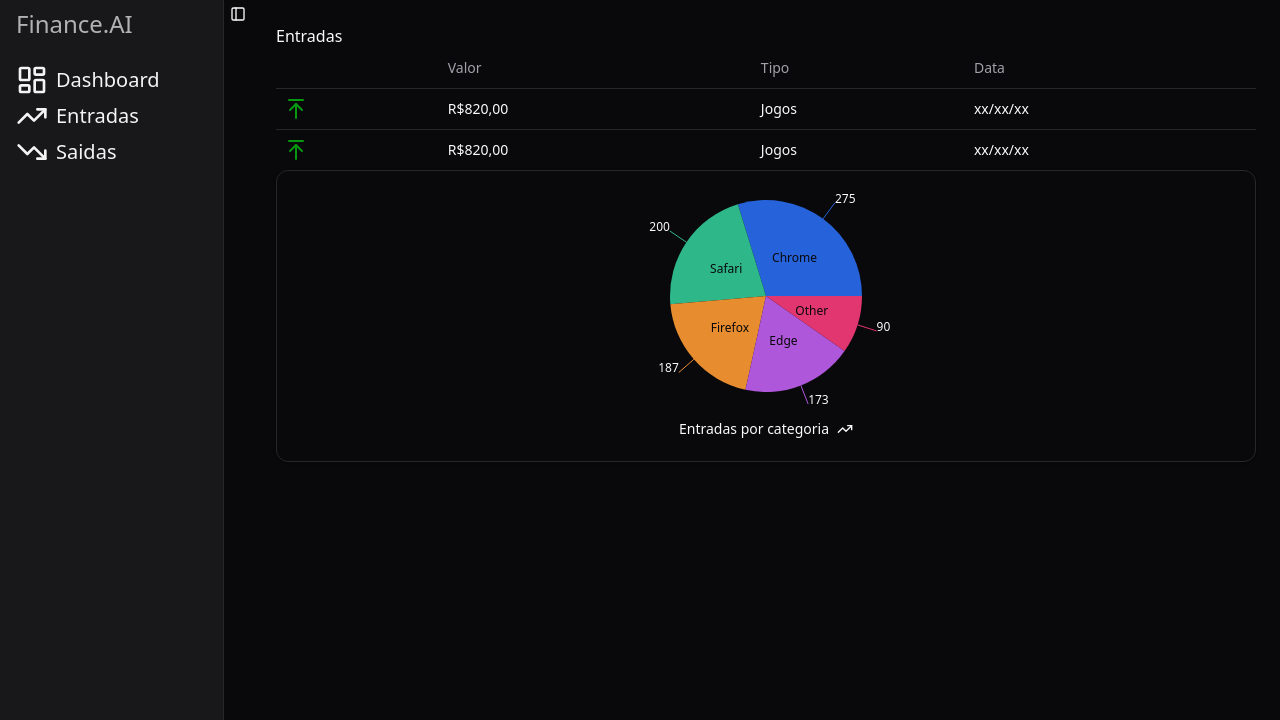
Repository: jvmotadev/web1front
Page: /in
These files come from the project's save history. The page is drawn as it stood at one moment and after the next save; the edit follows.
The browser window is 1280 px wide. The pictures show the whole page.
The project was rebuilt for these pictures with package versions that can differ from the ones it lists, and the page was loaded fresh each time. Also part of the build but not shown: vite.config.ts, src/components/ui/input.tsx, src/components/ui/separator.tsx, src/components/ui/sheet.tsx, src/components/ui/skeleton.tsx, src/components/ui/tooltip.tsx, src/components/ui/dialog.tsx, src/components/ui/label.tsx and 10 more.

Above is the page before, as saved 2024-11-16 14:58:10.

After the next save:
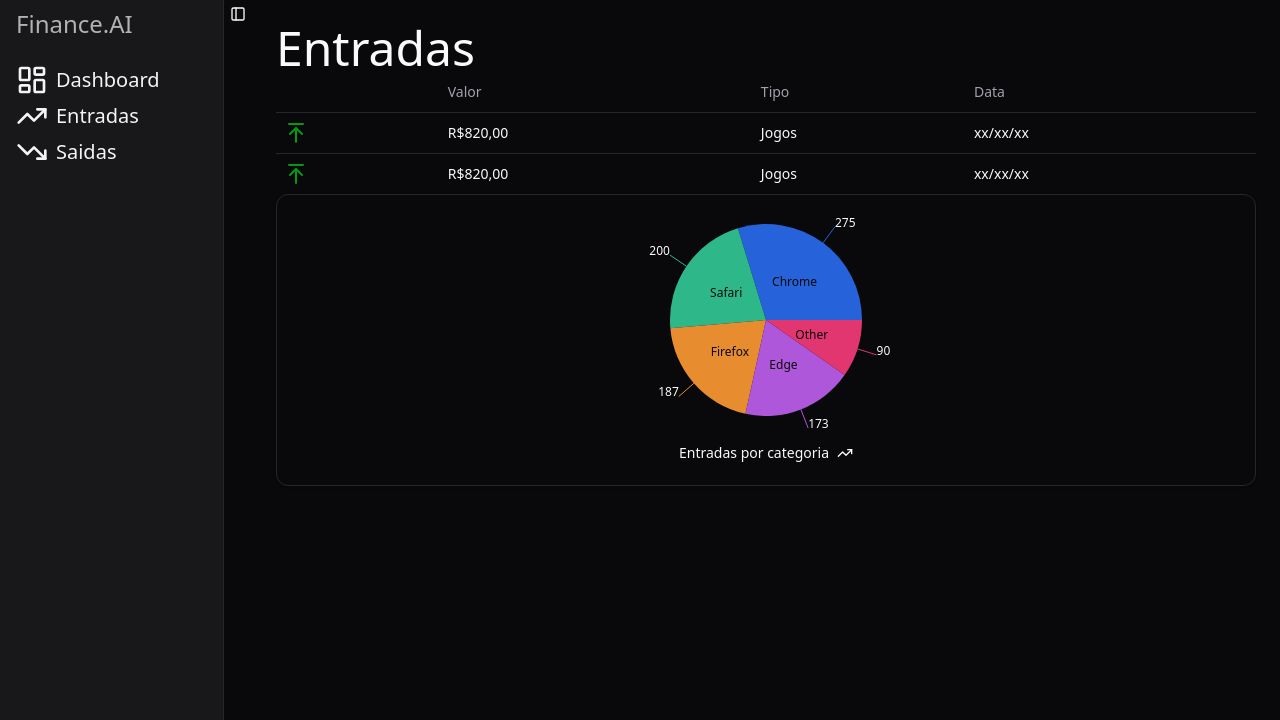
Saved 112 s later.
--- a/src/pages/entradas.tsx
+++ b/src/pages/entradas.tsx
@@ -8,7 +8,7 @@ const Entradas = () => {
       <Layout children={undefined} />
       <main className="flex-1 p-6 overflow-auto">
         <div className="flex justify-between gap-x-24">
-          <h1>Entradas</h1>
+          <h1 className="text-5xl">Entradas</h1>
         </div>
         <Tabela/>
         <Chart/>
